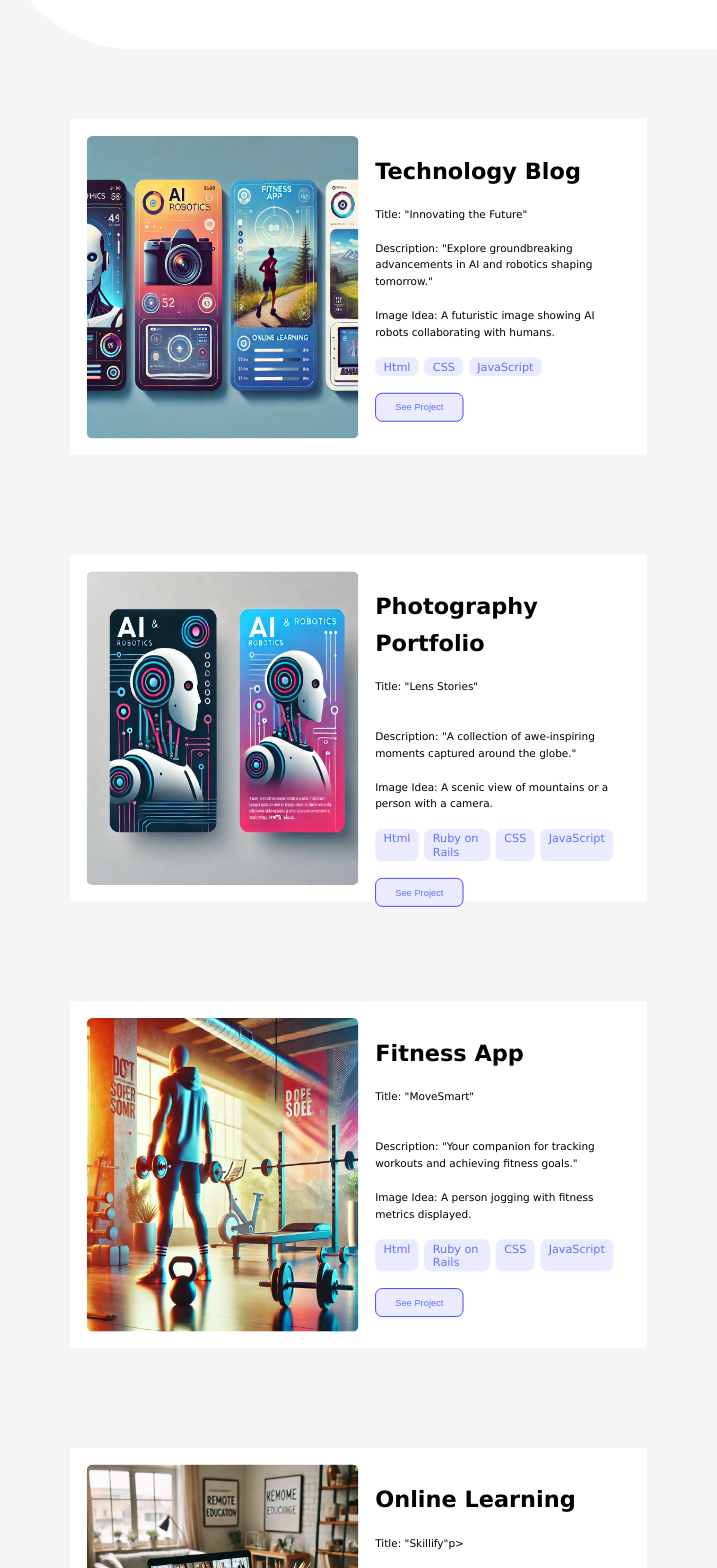
Repository: usman3123/portfolio-template-3
Page: portfolio.html
The author's editor kept a copy of each file at every save. The page is drawn from the files as they stood at one save, then again after the next save.
The browser window is 1024 px wide. The pictures show the part of the page from y = 775 to 3015 px (the page is 3419 px tall before and 3285 px after), at 70% of full size.
Some web libraries are served in a nearby version.

Above is the page before, as saved 2025-01-25 13:43:54.

After the next save:
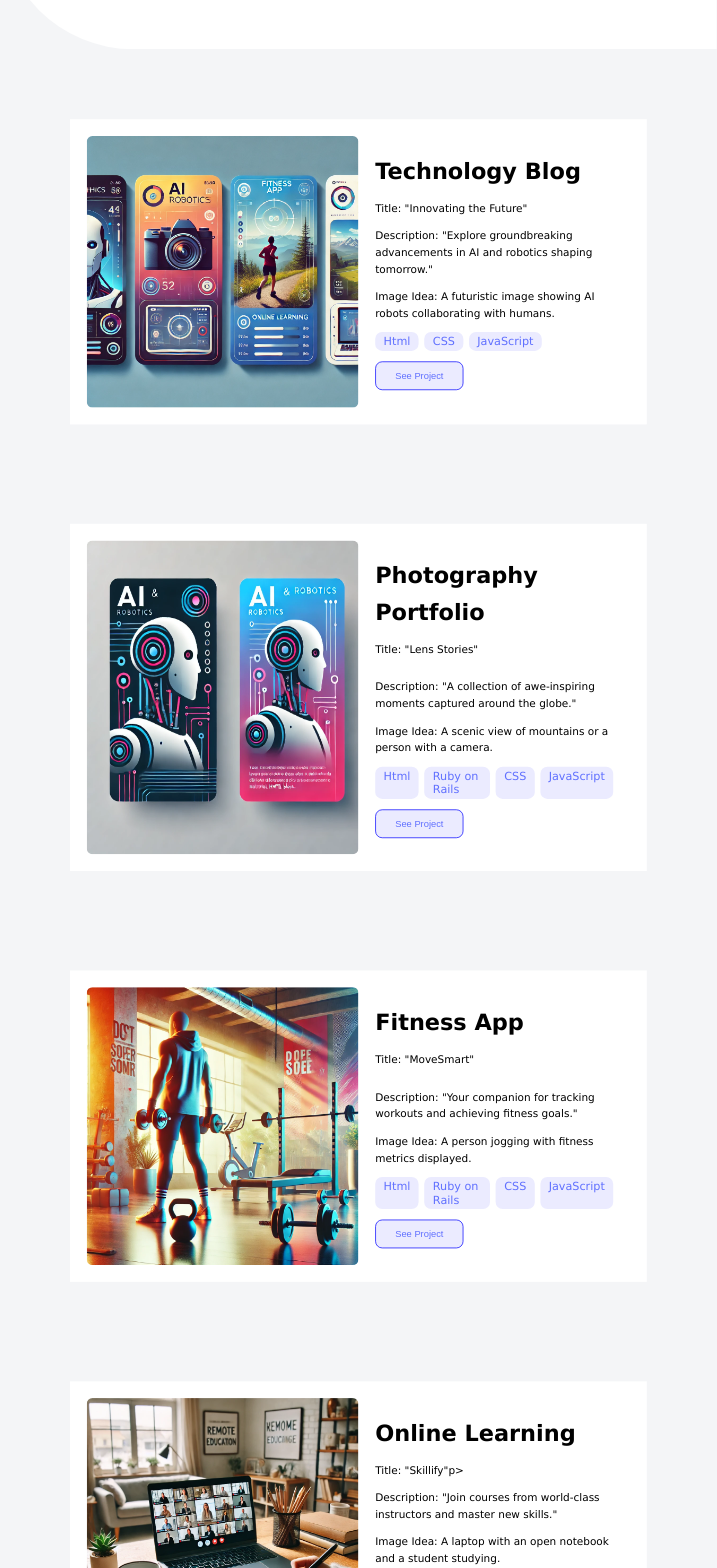
Saved 26 s later.
--- a/style.css
+++ b/style.css
@@ -177,6 +177,9 @@ body {
     .content-p {
         font-size: 15px;
     }
+    .card-content {
+        gap: 15px;
+    }
 
 }
 @media (max-width : 500px) {
